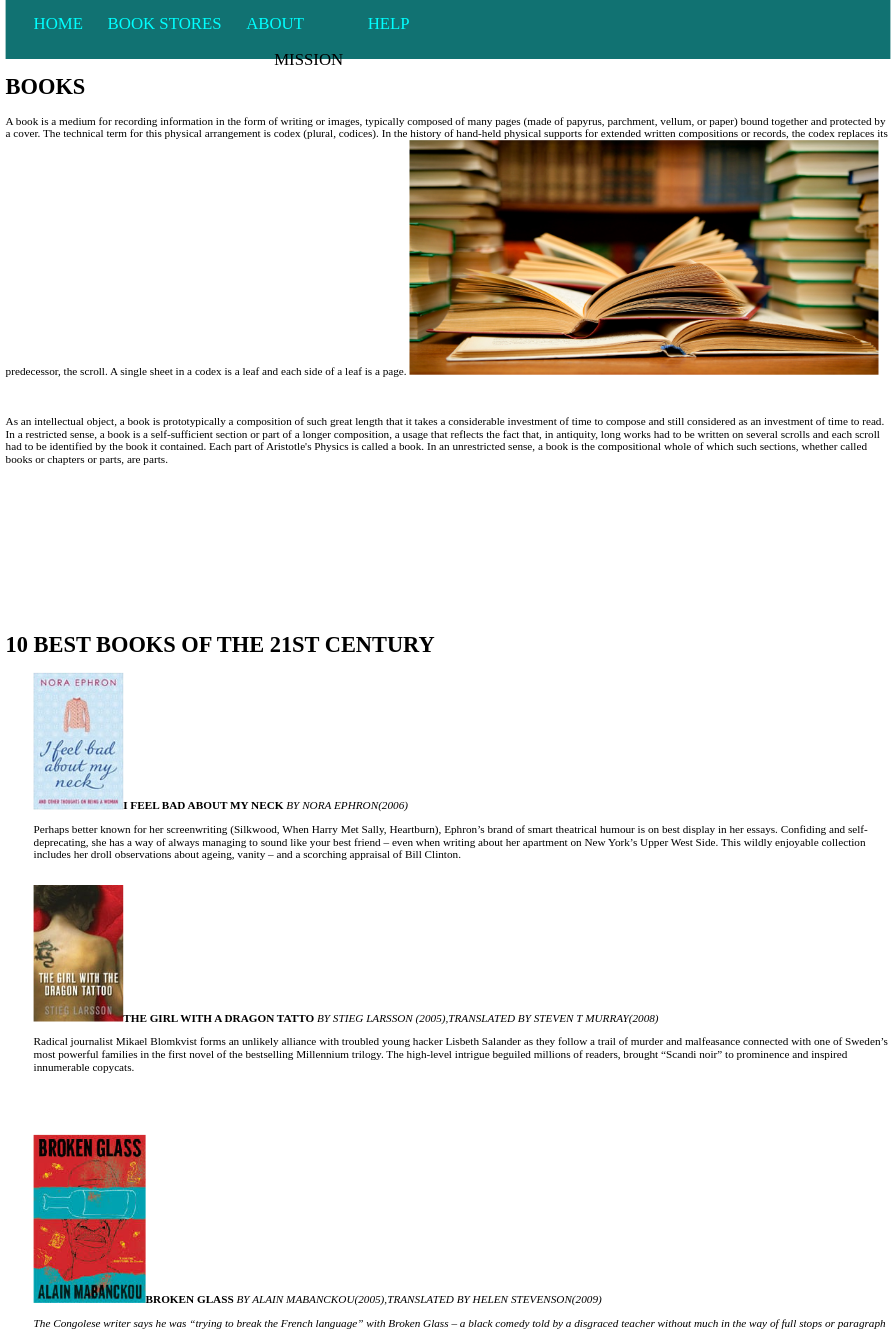
Repository: Hanan-arts/websites
Page: 01 web design/website.html
An editor plug-in stored every save of this project. The page is shown before and after a run of saves, followed by the edit.
The browser window is 1280 px wide. The pictures show the part of the page from y = 566 to 2466 px (the page is 4708 px tall), at 70% of full size.
A picture or video elsewhere on the page could not be fetched, so the positions and the page height are approximate.

Above is the page before, as saved 2021-02-15 12:01:16.

### 01 web design/website.html
<!DOCTYPE html>
<html lang="en">
<head>
    <meta charset="UTF-8">
    <meta http-equiv="X-UA-Compatible" content="IE=edge">
    <meta name="viewport" content="width=device-width, initial-scale=1.0">
    <title>BOOKS WORLD</title>
</head>
<link rel="stylesheet" href="c.css">
<body>
    <div class="container">
        <img src="images.png" alt="">
        <h1>BOOKS WORLD</h1>
        <video autoplay loop muted>
            <source src="The_Joy_of_Books(720p)_210215101529.mp4">
        </video>

    </div>
    <div class="container">
        <div class="nav-wrapper">
        <div class="left-side">
            <div class="nav-link-wrapper">
                <a href="website.html">HOME</a>
            </div>
            <div class="nav-link-wrapper">
                <a href="Source.html">BOOK STORES</a>
            </div>
                <div class="nav-link-wrapper">
                    <a href="About.html">ABOUT</a>
                    <ul>mission</ul>
                </div>
                    <div class="nav-link-wrapper">
                        <a href="Help.html">HELP</a>
                    </div>
                </div>
            </div>
        </div>
        </div>
        </div>
    </div>
    <div class="container">



    </div>
<h1><b>BOOKS</b></h1>
<p>A book is a medium for recording information in the form of writing or images, typically composed of
many pages (made of papyrus, parchment, vellum, or paper) bound together and protected by a cover.
The technical term for this physical arrangement is codex (plural, codices). In the history of
hand-held physical supports for extended written compositions or records, the codex replaces its
predecessor, the scroll. A single sheet in a codex is a leaf and each side of a leaf is a page.
<img src="books-for-survey.jpg" ><br> <br> <br> <br>

As an intellectual object, a book is prototypically a composition of such great length that it takes
a considerable investment of time to compose and still considered as an investment of time to read.
In a restricted sense, a book is a self-sufficient section or part of a longer composition,
a usage that reflects the fact that, in antiquity, long works had to be written on several scrolls and
each scroll had to be identified by the book it contained. Each part of Aristotle's Physics is called a
book.
In an unrestricted sense, a book is the compositional whole of which such sections, whether called books
or chapters or parts,
are parts.
</body><br><br><br><br><br><br><br><br><br><br><br><br><br>

<p><b></b><h1>10 BEST BOOKS OF THE 21ST CENTURY</h1></p>
<p>
    <div>
        <ul>
            <img src="Ifeelbadaboutmyneck.jpg"
            <li><b>I FEEL BAD ABOUT MY NECK     </b> <i>BY NORA EPHRON(2006)</i>
                <p>Perhaps better known for her screenwriting (Silkwood, When Harry Met Sally, Heartburn),
                Ephron’s brand of smart theatrical humour is on best display in her essays. Confiding and
            self-deprecating, she has a way of always managing to sound like your best friend – even when
            writing about her apartment on New York’s Upper West Side. This wildly enjoyable collection includes
            her droll observations about ageing, vanity –
                    and a scorching appraisal of Bill Clinton.</p> <br>
<img src="dragontattoo.jpg"

                    <li><b>THE GIRL WITH A DRAGON TATTO   </b><I>BY STIEG LARSSON (2005),TRANSLATED BY STEVEN T MURRAY(2008)</I><p>Radical journalist Mikael Blomkvist
                        forms an unlikely alliance with troubled young hacker Lisbeth Salander as they follow a trail of
                murder and malfeasance connected with one of Sweden’s most powerful families in the first novel of
                    the bestselling Millennium trilogy. The high-level intrigue beguiled millions of readers,
                        brought “Scandi noir” to prominence and inspired innumerable copycats.</p><br><br><br><br>
    <img src="broken glass.jpg"

<li><b>BROKEN GLASS  </b><i>BY ALAIN MABANCKOU(2005),TRANSLATED BY HELEN STEVENSON(2009)
            <p>The Congolese writer says he was “trying to break the French language” with Broken Glass –
            a black comedy told by a disgraced teacher without much in the way of full stops or paragraph breaks.
            As Mabanckou’s unreliable narrator munches his “bicycle chicken” and drinks his red wine, it becomes
                clear he has the history of Congo-Brazzaville and
                the whole of French literature in his sights.</p><br><br><br><br>
    <img src="harry potter.jpg"
                <li><b>HARRY POTTER AND THE GOBLET OF FIRE </b><i>BY JK ROWLING(2000)</i></li><P>A generation grew up on Rowling’s
            all-conquering magical fantasies, but countless adults have also been enthralled by her immersive.
            Book four, the first of the doorstoppers, marks the point where the series really takes off.
            The Triwizard Tournament provides pace and tension, and Rowling makes her boy wizard look death
            in the eye for the first time.</P>
        </i></li>
        <img src="a little life.jpg"
        <li><b>A LITTLE LIFE </b><i>BY HANYA YANAGIHARA (2015)
            <P>This operatically harrowing American gay melodrama became an unlikely bestseller,
                and one of the most divisive novels of the century so far. One man’s life is blighted
                by abuse and its aftermath, but also illuminated by love and friendship. Some readers
                wept all night, some condemned it as titillating and exploitative,
                but no one could deny its power.</P>
        </i></li>
        <img src="Bob_Dylan_Chronicles.jpg"
        <li><b>CHRONICLES : VOLUME ONE  </b><i>BY BOB DYLAN(2004)</i><li>
            <P>Dylan’s reticence about his personal life is a central part of the singer-songwriter’s brand,
                so the gaps and omissions in this memoir come as no surprise. The result is both sharp and dreamy,
                sliding in and out of different phases of Dylan’s career but rooted in his earliest days as a
                Woody Guthrie wannabe in New York City.
                Fans are still waiting for volume two.</P>
        </li><img src="the tipping.jpg"
        <li><b>THE TIPPING POINT </b><I>BY MALCOLM GLADWELL(2000)</I></li>
        <p>The New Yorker staff writer examines phenomena from shoe sales to crime rates through the lens of epidemiology,
            reaching his own tipping point, when he became a rock-star intellectual and unleashed a wave of quirky studies
            contemporary society. Two decades on, Gladwell is often accused of over simplification
            and cherry picking, but his idiosyncratic bestsellers have helped shape 21st-century culture.</p>
            <img src="darkmans.jpg"
            <li><b>DARKMANS </b><i>BY NICOLA BARKER(2007)</i></li>
    <p>British fiction’s most anarchic author is as prolific as she is playful,
    but this freewheeling, visionary epic set around the Thames Gateway is her magnum opus.
    Barker brings her customary linguistic invention and wild humour to a tale about history’s hold on the present,
            as contemporary Ashford is haunted by the spirit of a medieval jester.</p>
            <li><b>THE SIEGE </b> <i>BY HELEN DUNMORE(2001)</i></li>
            <img src="the siege.jpg"
<p>The Levin family battle against starvation in this novel set during the German siege of Leningrad.
    Anna digs tank traps and dodges patrols as she scavenges for wood,
    but the hand of history is hard to escape.</p> <br><br><br><br>

<li><b>LIGHT</b> <i>BY M JOHN HARRISON</i></li>
<p>One of the most underrated prose writers demonstrates the literary firepower of
science fiction at its best. Three narrative strands – spanning far-future space opera,
contemporary unease and virtual-reality pastiche – are braided together for a breathtaking metaphysical
voyage in pursuit of the mystery at the heart of reality.</p>




            </li>
            <li></li>

        </ul>
    </div>

</p>

</html>

### 01 web design/c.css
.nav-wrapper{
    display:flex;
    justify-content: space-between;
    padding: 40px;
    background-color: rgb(17, 114, 114);
}
.left-side{
    display: flex;
}
.nav-wrapper > .left-side > div {
    margin-right: 35px;
    font-size: 1.5em;
    text-transform: uppercase;
}
.nav-link-wrapper{
    height: 23px;
    border-bottom: 1.2px solid transparent;
    transition: border-bottom 0.7s;
}
.nav-link-wrapper a {
    color: aqua;
    text-decoration: wavy;
    transition: color 0.7s;
}
.nav-link-wrapper:hover{
    border-bottom: 1.5px solid gray;
}
.nav-link-wrapper a:hover{
    color: gray;
}
<div class="section"></div>
<h1> <b>BOOKS WORLD<b><h1>
<video


.container{
    width:100%;
    height:100vh;
    background: image:linear;
gradient (rgba(0,0,0,0.7),rgba(0,0,0,0.7)),url(img: 1png;)
background position:center ;
background size:cover ;
}

After the next 7 saves:
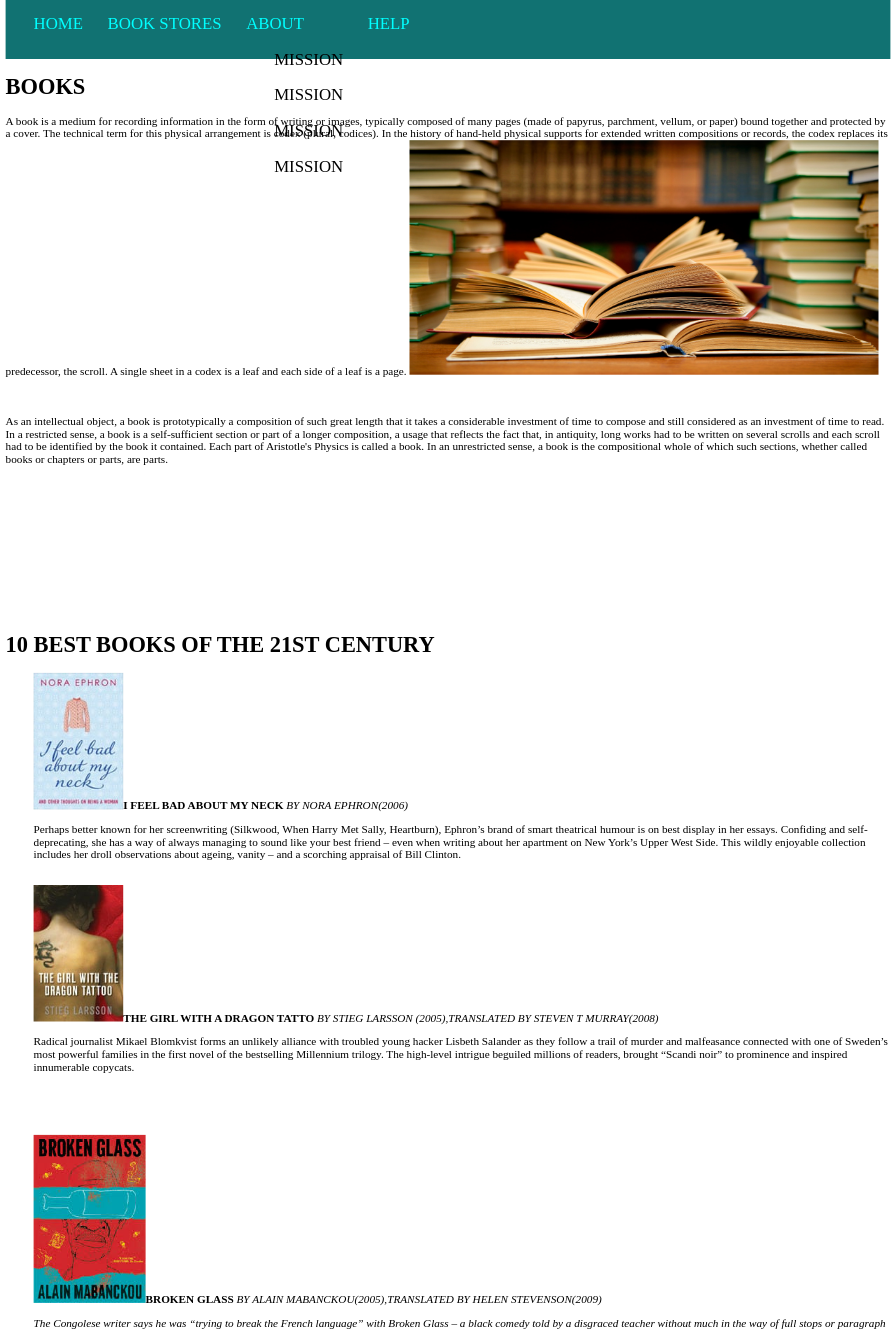
The 7 saves are shown as one change because they came seconds apart.
The last was saved 31 s later.
--- a/01 web design/website.html
+++ b/01 web design/website.html
@@ -28,6 +28,8 @@
                 <div class="nav-link-wrapper">
                     <a href="About.html">ABOUT</a>
                     <ul>mission</ul>
+                    <ul>mission</ul>
+                    <ul>mission</ul><ul>mission</ul>
                 </div>
                     <div class="nav-link-wrapper">
                         <a href="Help.html">HELP</a>
